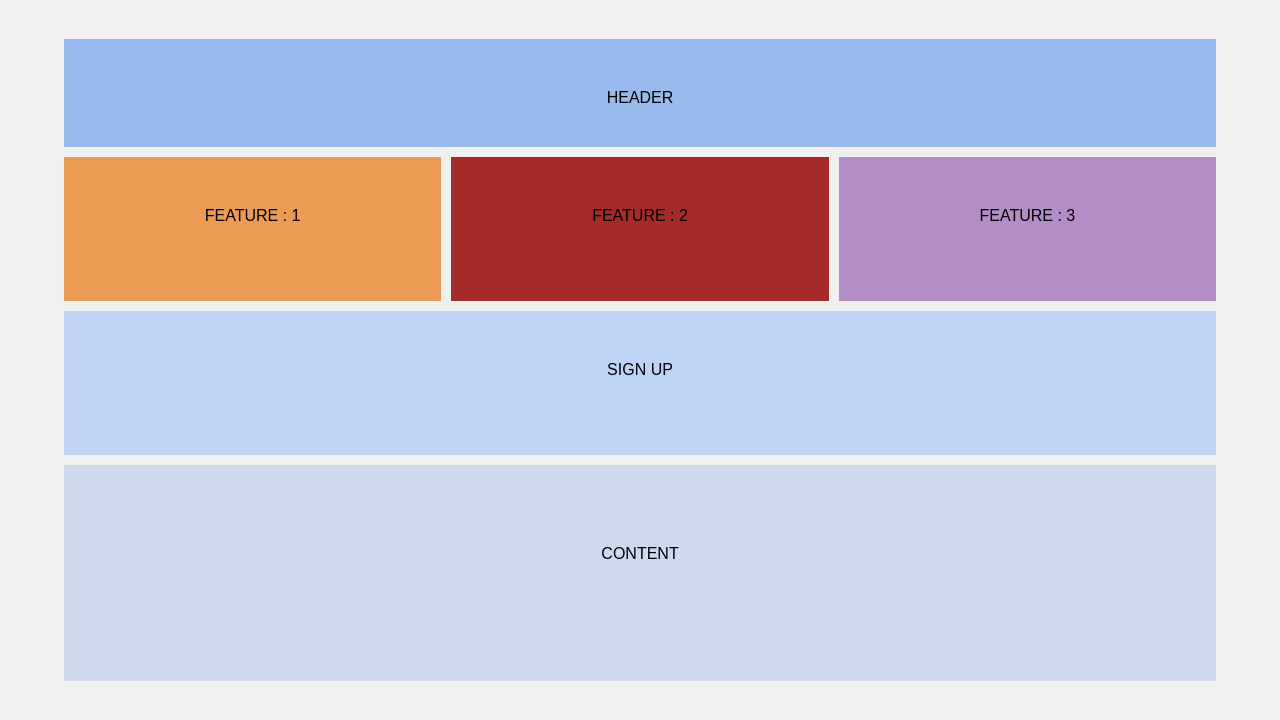
Repository: viveknaidu007/repo-152-FSD-InnomaticsTasksSep2024
Page: task_3/index.html
The author's editor kept a copy of each file at every save. The page is drawn from the files as they stood at one save, then again after the next save.
The browser window is 1280 px wide. The pictures show the whole page.

Above is the page before, as saved 2024-10-02 12:08:44.

### task_3/index.html
<!DOCTYPE html>
<html lang="en">
<head>
  <meta charset="UTF-8">
  <meta name="viewport" content="width=device-width, initial-scale=1.0">
  <title>Responsive Layout project</title>
  <link rel="stylesheet" href="styles.css">
</head>
<body>

  <div class="container">

    <header class="header">HEADER</header>
    <div class="content">CONTENT</div>
    <div class="signup">SIGN UP</div>
    <div class="feature1">FEATURE : 1</div>
    <div class="feature2">FEATURE : 2</div>
    <div class="feature3">FEATURE : 3</div>

  </div>
</body>
</html>

### task_3/styles.css
* {
    margin: 0;
    padding: 0;
    box-sizing: border-box;
  }

  body {
    font-family: Arial, sans-serif;
    display: flex;
    justify-content: center;
    align-items: center;
    height: 100vh;
    background-color: #f0f0f0;
  }

  .header {
    grid-area: header;
    background-color: #86afedd1;
    text-align: center;
    padding: 50px;
    position: static;
    height: 15vh;
  }

  .content {
    grid-area: content;
    background-color: #c9d8eee1;
    text-align: center;
    padding: 80px;
    height: 30vh;
  }

  .signup {
    grid-area: signup;
    background-color: #93bbf787;
    text-align: center;
    padding: 50px;
    text-decoration: solid;
    height: 20vh;
  }


  .feature1 {
    background-color: #ec9b55;
    height:20vh;
    text-align: center;
    padding: 50px;
  }

  .feature2 {
    background-color: brown;
    height:20vh;
    padding: 50px;
    text-align: center;
  }

  .feature3 {
    background-color: #b28dc6;
    padding: 50px;
    text-align: center;
  }


  .container {
    display: grid;
    grid-template-areas:
      "header"
      "content"
      "signup"
      "feature1"
      "feature2"
      "feature3";
    grid-template-columns: 1fr;
    gap: 10px;
    width: 90%;
    max-width: 1200px;
  }


  @media(min-width: 768px) {
    .container {
      grid-template-areas:
        "header header"
        "content content"
        "signup feature1"
        "feature2 feature3";
      grid-template-columns: 1fr 1fr;
    }
  }

  @media(min-width: 1024px) {
    .container {
      grid-template-areas:
        "header header header"
        "feature1 feature2 feature3"
        "signup signup signup"
        "content content content";
      grid-template-columns: repeat(3, 1fr);
    }
  }

After the next save:
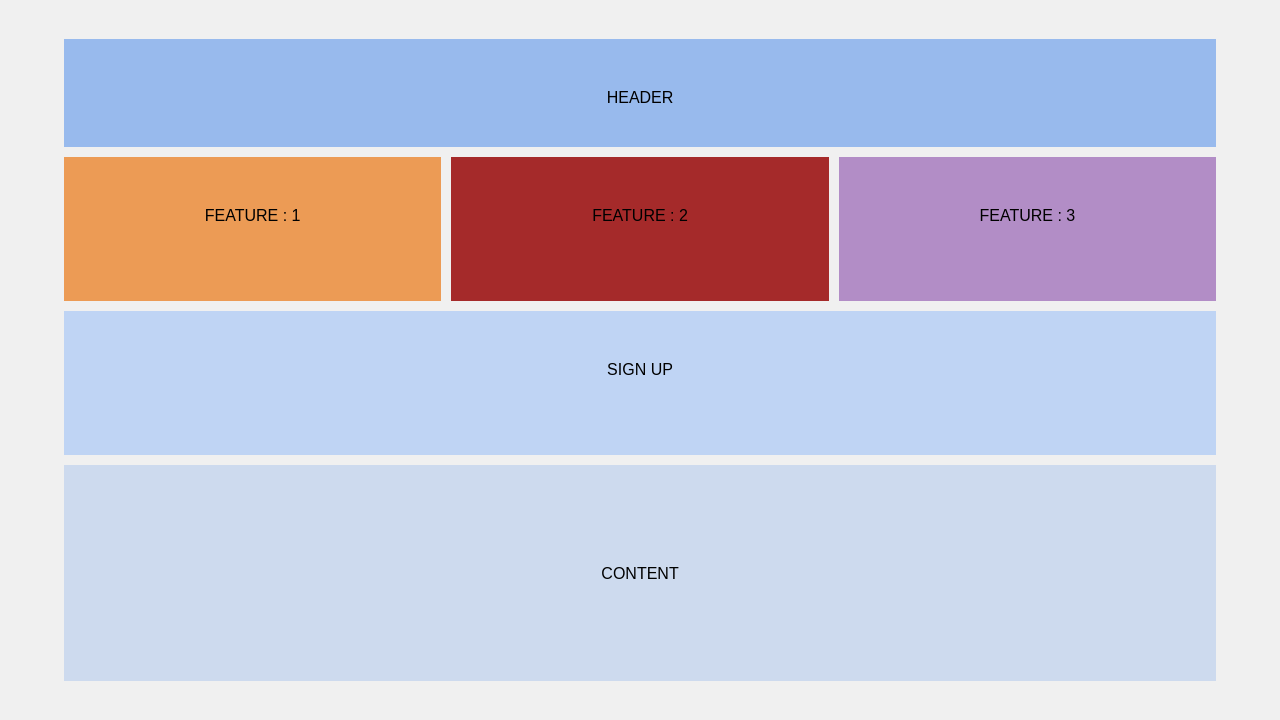
Saved 5 s later.
--- a/task_3/styles.css
+++ b/task_3/styles.css
@@ -26,7 +26,7 @@
     grid-area: content;
     background-color: #c9d8eee1;
     text-align: center;
-    padding: 80px;
+    padding: 100px;
     height: 30vh;
   }
 
